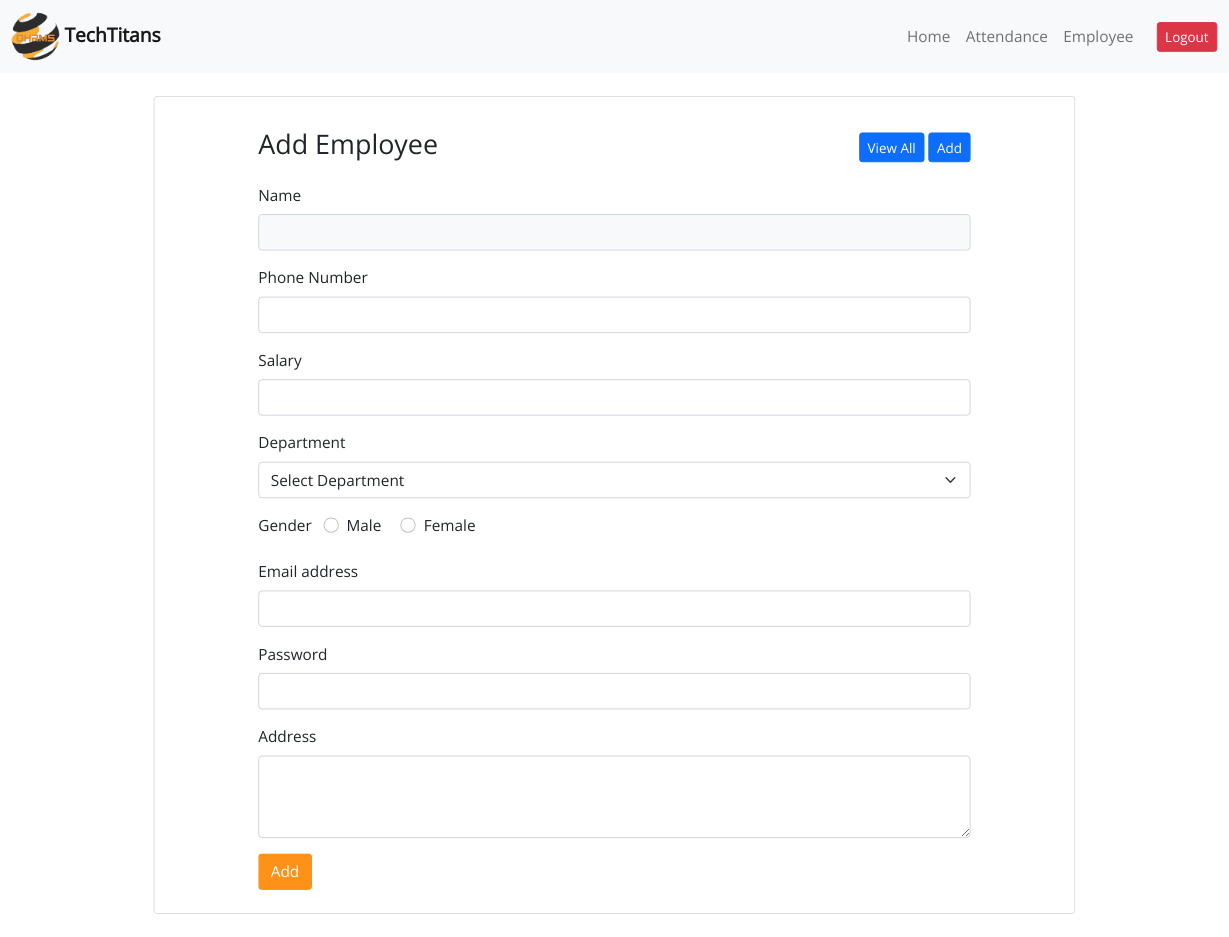
Repository: SaudCh/PHP-OHRMS
Page: http://localhost/admin/add-employee
The author's editor kept a copy of each file at every save. The page is drawn from the files as they stood at one save, then again after the next save.
The browser window is 1280 px wide. The pictures show the whole page, at 96% of full size.
Some web libraries are served in a nearby version. The page is run by PHP 8.4 with error messages shown; the project is at /var/www/html/. The session is filled in as if someone had signed in: {"admin": "admin@ohrm.com"}. Other server files are loaded and not shown.

Above is the page before, as saved 2022-06-07 01:24:54.

### admin/add-employee.php
<!DOCTYPE html>
<html lang="en">

<head>
    <meta charset="UTF-8">
    <meta http-equiv="X-UA-Compatible" content="IE=edge">
    <meta name="viewport" content="width=device-width, initial-scale=1.0">
    <?php require "../assets/includes/link.includes.php" ?>

    <script src="./assets/js/addEmp.js"></script>

    <title>Add Employee</title>
</head>

<body>
    <?php require "./assets/Components/header.php" ?>
    <div class="container-fluid">
        <div class="row align-items-center justify-content-center">
            <div class="card col-11 col-md-9 my-4 py-4">

                <form name="registerform" method="POST" action="./assets/includes/add-employee.includes.php" onsubmit="return validateform()" style="z-index: 10;position:relative;" class="mx-0 px-0 px-md-5 mx-md-5">
                    <div class="d-flex align-items-center justify-content-between mt-2">
                        <h3>Add Employee</h3>
                        <div>
                            <a href="employee" class="btn btn-sm btn-primary">View All</a>
                            <a href="add-employee" class="btn btn-sm btn-primary">Add</a>
                        </div>
                    </div>
                    <div class="mt-3">
                        <?php require "../assets/includes/alert.includes.php" ?>
                    </div>
                    <div class="mb-1">
                        <label for="name" class="form-label">Name</label>
                        <input type="text" name="name" class="form-control bg-light" id="name">
                        <p id="nameerr" class="text-danger" style="font-size: 11px;"></p>
                    </div>
                    <div class="mb-1">
                        <label for="phone" class="form-label">Phone Number</label>
                        <input type="text" name="phoneNum" class="form-control" id="phone">
                        <p id="phonerr" class="text-danger" style="font-size: 11px;"></p>

                    </div>
                    <div class="mb-1">
                        <label for="salary" class="form-label">Salary</label>
                        <input type="number" name="salary" class="form-control" id="salary">
                        <p id="salaryerr" class="text-danger" style="font-size: 11px;"></p>

                    </div>
                    <div class="mb-1">
                        <label for="department" class="form-label">Department</label>
                        <select name="department" class="form-select" id="department">
                            <option value="">Select Department</option>
                            <option value="IT">IT</option>
                            <option value="Finance">Finance</option>
                            <option value="Marketing">Marketing</option>
                        </select>
                        <p id="depterr" class="text-danger" style="font-size: 11px;"></p>

                    </div>
                    <div class="mb-1">
                        <label for="gender" class="form-label me-2">Gender</label>
                        <div class="form-check form-check-inline">
                            <input class="form-check-input" type="radio" name="gender" id="male" value="male">
                            <label class="form-check-label" for="male">Male</label>
                        </div>
                        <div class="form-check form-check-inline">
                            <input class="form-check-input" type="radio" name="gender" id="female" value="female">
                            <label class="form-check-label" for="female">Female</label>
                        </div>
                        <p id="gendererr" class="text-danger" style="font-size: 11px;"></p>
                    </div>
                    <div class="mb-1">
                        <label for="email" class="form-label">Email address</label>
                        <input type="email" name="email" class="form-control" id="email" />
                        <p id="emailerr" class="text-danger" style="font-size: 11px;"></p>

                    </div>
                    <div class="mb-1">
                        <label for="password" class="form-label">Password</label>
                        <input type="text" name="password" class="form-control" id="password" />
                        <p id="passerr" class="text-danger" style="font-size: 11px;"></p>

                    </div>
                    <div class="mb-1">
                        <label for="address" class="form-label">Address</label>
                        <textarea class="form-control" name="address" id="address" rows="3"></textarea>
                        <p id=" addresserr" class="text-danger" style="font-size: 11px;"></p>

                    </div>

                    <button type="submit" class="btn text-white" style="background-color: #fe9117;">Add</button>
                </form>
            </div>
        </div>
    </div>

</body>

</html>

### assets/includes/link.includes.php
<link href="https://cdn.jsdelivr.net/npm/bootstrap@5.0.2/dist/css/bootstrap.min.css" rel="stylesheet" integrity="sha384-EVSTQN3/azprG1Anm3QDgpJLIm9Nao0Yz1ztcQTwFspd3yD65VohhpuuCOmLASjC" crossorigin="anonymous">
<script src="https://cdn.jsdelivr.net/npm/bootstrap@5.0.2/dist/js/bootstrap.bundle.min.js" integrity="sha384-MrcW6ZMFYlzcLA8Nl+NtUVF0sA7MsXsP1UyJoMp4YLEuNSfAP+JcXn/tWtIaxVXM" crossorigin="anonymous"></script>
<script src="https://cdn.jsdelivr.net/npm/@popperjs/core@2.9.2/dist/umd/popper.min.js" integrity="sha384-IQsoLXl5PILFhosVNubq5LC7Qb9DXgDA9i+tQ8Zj3iwWAwPtgFTxbJ8NT4GN1R8p" crossorigin="anonymous"></script>
<script src="https://cdn.jsdelivr.net/npm/bootstrap@5.0.2/dist/js/bootstrap.min.js" integrity="sha384-cVKIPhGWiC2Al4u+LWgxfKTRIcfu0JTxR+EQDz/bgldoEyl4H0zUF0QKbrJ0EcQF" crossorigin="anonymous"></script>

<script src="https://kit.fontawesome.com/5d60ba127b.js" crossorigin="anonymous"></script>

<link rel="stylesheet" href="./assets/css/style.css" type="text/css">
<link rel="stylesheet" href="./assets/css/footer.css" type="text/css">

<link rel="preconnect" href="https://fonts.googleapis.com">
<link rel="preconnect" href="https://fonts.gstatic.com" crossorigin>
<link href="https://fonts.googleapis.com/css2?family=Open+Sans&display=swap" rel="stylesheet">


<style>
    .link {
        text-decoration: none;
    }
    *{
        font-family: 'Open Sans', sans-serif;
    }
</style>

### admin/assets/Components/header.php
<?php
session_start();
$email = '';

include '../assets/config/dbconfig.php';

if (isset($_SESSION['admin'])) {
    $email = $_SESSION['admin'];
} else {
    header("location: login");
}
?>
<nav class="navbar navbar-expand-lg navbar-light bg-light">
    <div class="container-fluid">
        <a class="navbar-brand" href="index">
            <img src="../assets/images/logo.png" alt="logo" style="height: 50px;">
            <span class="fw-bold">TechTitans</span>
        </a>
        <button class="navbar-toggler" type="button" data-bs-toggle="collapse" data-bs-target="#navbarSupportedContent" aria-controls="navbarSupportedContent" aria-expanded="false" aria-label="Toggle navigation">
            <span class="navbar-toggler-icon"></span>
        </button>
        <div class="collapse navbar-collapse" id="navbarSupportedContent">
            <ul class="navbar-nav ms-auto me-3 mb-2 mb-lg-0">
                <li class="nav-item">
                    <a class="nav-link" aria-current="page" href="index">Home</a>
                </li>
                <li class="nav-item">
                    <a class="nav-link" href="attendance">Attendance</a>
                </li>
                <li class="nav-item">
                    <a class="nav-link" href="employee">Employee</a>
                </li>
            </ul>
            <?php

            if (isset($_SESSION['admin'])) {
                echo '<a href="./assets/includes/admin-logout.includes.php" class="btn btn-sm btn-danger">Logout</a>';
            } else {
                echo '<a href="login" class="btn btn-sm btn-success">Login/Register</a>';
            }
            ?>


        </div>
    </div>
</nav>

### assets/config/dbconfig.php
<?php
// Database configuration
$dbHost     = "localhost";
$dbUsername = "root";
$dbPassword = "";
$dbName     = "ohrms";

// $dbHost     = "sql309.epizy.com";
// $dbUsername = "epiz_31832295";
// $dbPassword = "tUeUxf7Ppv8";
// $dbName     = "epiz_31832295_ohrms";

// Create database connection
$db = new mysqli($dbHost, $dbUsername, $dbPassword, $dbName);
$con = mysqli_connect($dbHost, $dbUsername, $dbPassword, $dbName);

// Check connection
if ($db->connect_error) {
    die("Connection failed: " . $db->connect_error);
}

### assets/includes/alert.includes.php
<?php if (isset($_GET["suc"])) {
    $msg = $_GET["suc"];
?>
    <div class="alert alert-success" role="alert">
        <?= $msg ?>
    </div>
<?php
} ?>
<?php if (isset($_GET["err"])) {
    $msg = $_GET["err"];
?>
    <div class="alert alert-danger" role="alert">
        <?= $msg ?>
    </div>
<?php
} ?>

### assets/css/footer.css
.back-to-top {
  cursor: pointer;
  position: fixed;
  bottom: 30px;
  right: 20px;
  display: none;
  z-index: 10;
}

.footer {
  background-color: #fe9126;
  display: flex;
  color: white;
  z-index: 2;
}

.footer a {
  color: white;
  text-decoration: none;
  font-weight: 500;
}

.footer-links ul {
  text-align: left;
}

.footer-links li {
  list-style: none;
}

.copyright {
  color: white;
  background-color: #fe9126;
}

### admin/assets/js/addEmp.js

function validateform() {
    var name = document.registerform.name.value;
    var department = document.registerform.department.value;
    var phone = document.registerform.phoneNum.value;
    var gender = document.registerform.gender.value;
    var email = document.registerform.email.value;
    var password = document.registerform.password.value;
    var address = document.registerform.address.value;

    let err = true;

    if (name == null || name == "") {
        document.getElementById("nameerr").innerHTML = "*Name Required";
        err = false;
    } else {
        document.getElementById("nameerr").innerHTML = "";
    }

    if (phone == null || phone == "") {
        document.getElementById("phonerr").innerHTML = "*Phone Required";
        err = false;
    } else {
        document.getElementById("phonerr").innerHTML = "";
    }

    if (department == null || department == "") {
        document.getElementById("depterr").innerHTML = "*Department Required";
        err = false;
    } else {
        document.getElementById("depterr").innerHTML = "";
    }

    if (gender == null || gender == "") {
        document.getElementById("gendererr").innerHTML = "*Gender Required";
        err = false;
    } else {
        document.getElementById("gendererr").innerHTML = "";
    }

    if (email == null || email == "") {
        document.getElementById("emailerr").innerHTML = "*Email Required";
        err = false;
    } else {
        document.getElementById("emailerr").innerHTML = "";
    }

    if (password == null || password == "") {
        document.getElementById("passerr").innerHTML = "*Password Required";
        err = false;
    } else {
        document.getElementById("passerr").innerHTML = "";
    }

    if (address == null || address == "") {
        // document.getElementById("addresserr").innerHTML = "*Address Required";
        err = false;
    } else {
        // document.getElementById("addresserr").innerHTML = "";
    }

    return err;
}

### admin/assets/Components/footer.php
<footer class="bg-light text-center">
    <span class="text-center">&copy | OHRMS 2022</span>
</footer>

### admin/assets/css/admin-styles.css
.login-body {
  min-height: 90vh;
  display: flex;
  justify-content: center;
  align-items: center;

  background-image: linear-gradient(
      rgba(250, 174, 54, 0.3),
      rgba(250, 174, 54, 0.3)
    ),
    url("../../../assets/images/4452961.webp");
  background-size: cover;
  background-repeat: no-repeat;
  background-position: center;
}
.login-card {
  background-color: rgba(255, 255, 255, 1);
  box-shadow: 1px 1px 10px;
  border-radius: 20px;
  border-color: #faae36;
}

.profile-body {
  min-height: 90vh;
  background-image: linear-gradient(rgba(0, 0, 0, 0.5), rgba(0, 0, 0, 0.5)),
    url("../../../assets/images/4452961.webp");
  background-size: cover;
  background-repeat: no-repeat;
  background-position: center;
}

.link {
  text-decoration: none;
}
.index-body {
  display: flex;
  justify-content: center;
  align-items: center;

  min-height: 90vh;
  background-image: linear-gradient(rgba(0, 0, 0, 0.5), rgba(0, 0, 0, 0.5)),
    url("../../../assets/images/4452961.webp");
  background-size: cover;
  background-repeat: no-repeat;
  background-position: center;
}
.profile-body {
  min-height: 90vh;
  background-image: linear-gradient(rgba(0, 0, 0, 0.5), rgba(0, 0, 0, 0.5)),
    url("../../../assets/images/4452961.webp");
  background-size: cover;
  background-repeat: no-repeat;
  background-position: center;
}
.cus-card {
  background-color: rgba(255, 255, 255, 0.5);
  box-shadow: 1px 1px 10px;
  border-radius: 20px;
  border-color: #faae36;
}
#cus-scroll::-webkit-scrollbar {
  width: 5px;
}

#cus-scroll::-webkit-scrollbar-track {
  background: #f1f1f1;
}

#cus-scroll::-webkit-scrollbar-thumb {
  background: #888;
}

#cus-scroll::-webkit-scrollbar-thumb:hover {
  background: #555;
}

Loaded but not shown: assets/css/style.css (common file)

After the next save:
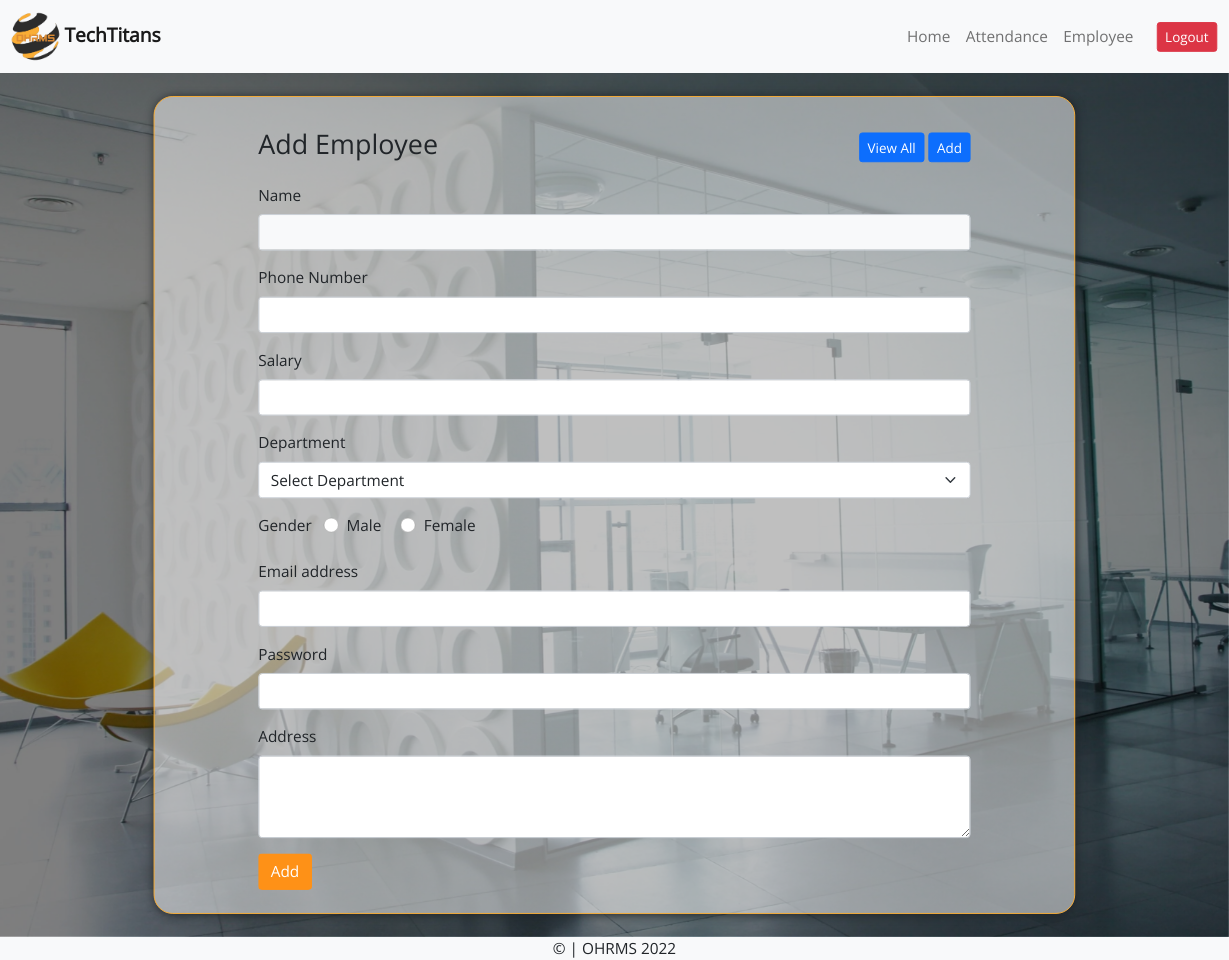
Saved 5 s later.
--- a/admin/add-employee.php
+++ b/admin/add-employee.php
@@ -6,6 +6,7 @@
     <meta http-equiv="X-UA-Compatible" content="IE=edge">
     <meta name="viewport" content="width=device-width, initial-scale=1.0">
     <?php require "../assets/includes/link.includes.php" ?>
+    <link rel="stylesheet" href="./assets/css/admin-styles.css">
 
     <script src="./assets/js/addEmp.js"></script>
 
@@ -14,9 +15,9 @@
 
 <body>
     <?php require "./assets/Components/header.php" ?>
-    <div class="container-fluid">
+    <div class="container-fluid profile-body">
         <div class="row align-items-center justify-content-center">
-            <div class="card col-11 col-md-9 my-4 py-4">
+            <div class="card col-11 col-md-9 my-4 py-4 cus-card">
 
                 <form name="registerform" method="POST" action="./assets/includes/add-employee.includes.php" onsubmit="return validateform()" style="z-index: 10;position:relative;" class="mx-0 px-0 px-md-5 mx-md-5">
                     <div class="d-flex align-items-center justify-content-between mt-2">
@@ -93,6 +94,7 @@
             </div>
         </div>
     </div>
+    <?php require "./assets/Components/footer.php" ?>
 
 </body>
 
